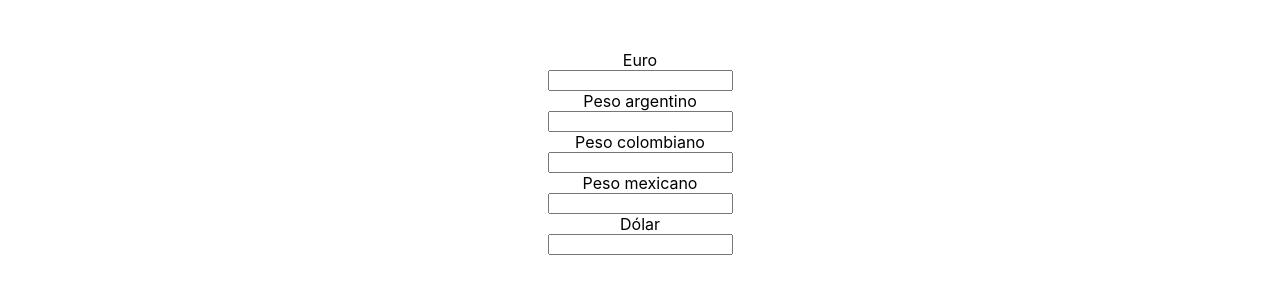
Repository: abgdev1997/ejercicios-react
Page: /
An editor plug-in stored every save of this project. The page is shown before and after the next save, followed by the edit.
The browser window is 1280 px wide. The pictures show the whole page.
The project was rebuilt for these pictures with package versions that can differ from the ones it lists, and the page was loaded fresh each time.

Above is the page before, as saved 2022-02-22 14:03:00.

After the next save:
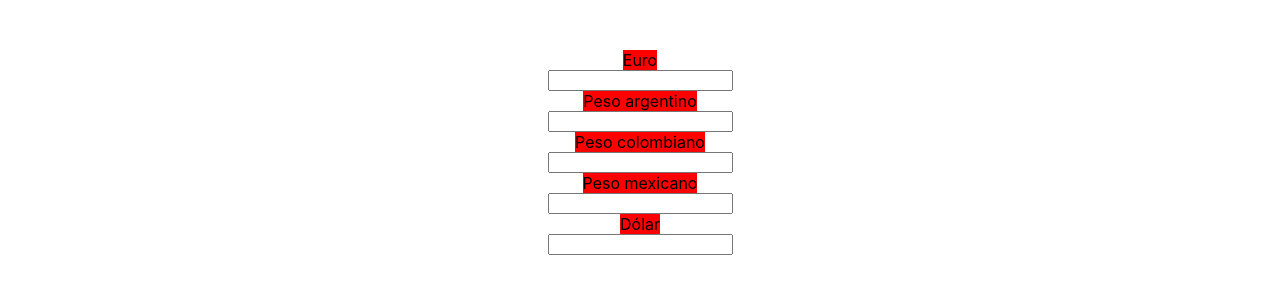
Saved 11 s later.
--- a/src/AppConversor.js
+++ b/src/AppConversor.js
@@ -13,16 +13,16 @@ function AppConversor() {
 
 
   return <div className="AppConversor">
-      <label>Euro</label>
-      <input></input>
-      <label>Peso argentino</label>
-      <input></input>
-      <label>Peso colombiano</label>
-      <input></input>
-      <label>Peso mexicano</label>
-      <input></input>
-      <label>Dólar</label>
-      <input></input>
+      <label className="label">Euro</label>
+      <input className="input"></input>
+      <label className="label">Peso argentino</label>
+      <input className="input"></input>
+      <label className="label">Peso colombiano</label>
+      <input className="input"></input>
+      <label className="label">Peso mexicano</label>
+      <input className="input"></input>
+      <label className="label">Dólar</label>
+      <input className="input"></input>
   </div>;
 }
 export default AppConversor;
